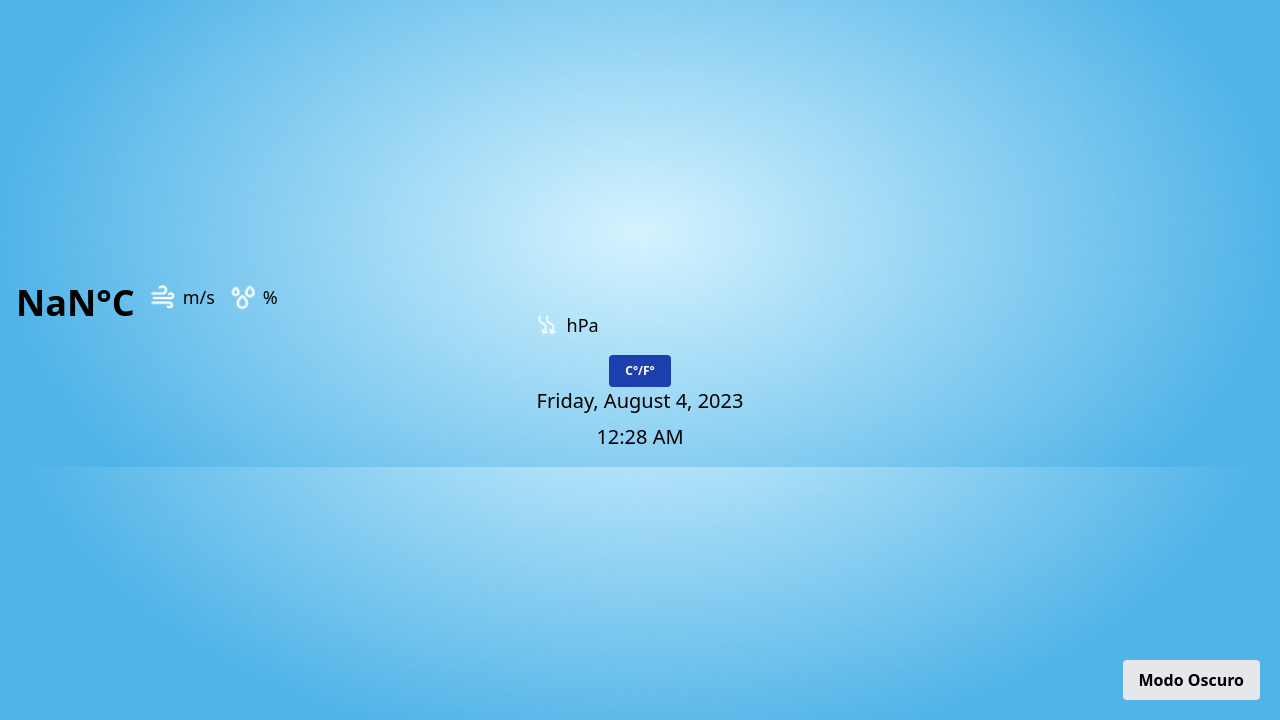
Repository: LukasMoyano/WeatherApp-_-LukasMoyano-_-V-_4.0_6.6.6
Page: /
The author's editor kept a copy of each file at every save. The page is drawn from the files as they stood at one save, then again after the next save.
The browser window is 1280 px wide. The pictures show the whole page.
The page's requests for data from a server got no answer. The project was rebuilt for these pictures with package versions that can differ from the ones it lists, and the page was loaded fresh each time. No one was signed in, and anything a server would have sent is missing. Also part of the build but not shown: vite.config.js.

Above is the page before, as saved 2023-08-06 21:45:23.

After the next save:
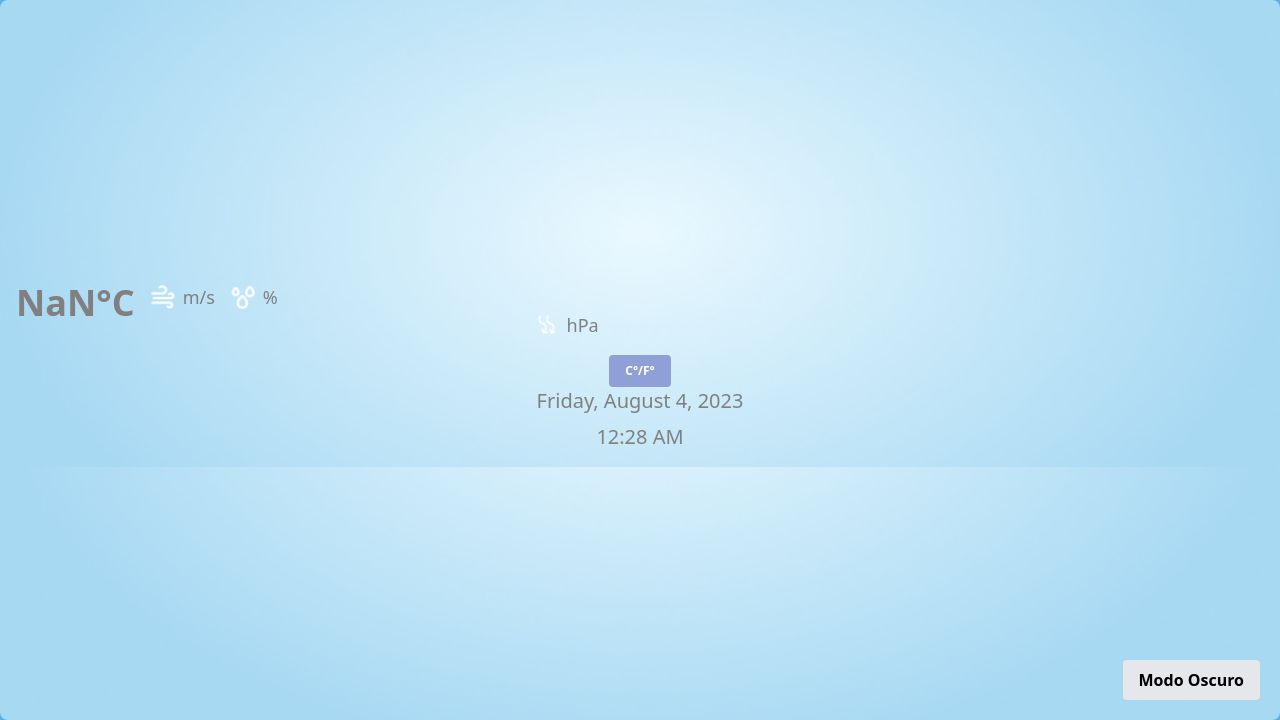
Saved 6 min 9 s later.
--- a/src/components/Weather.jsx
+++ b/src/components/Weather.jsx
@@ -50,8 +50,10 @@
         backgroundPosition: "center",
       }}
     >
-      <div className="relative w-337 h-231 flex-shrink-0">
+      <div className="relative w-320 flex-shrink-0">
       <h2 className="text-2xl font-bold mb-4">{weatherInfo?.name}</h2>
+      <h3 className="">{weatherInfo?.weather[0].description}</h3>
+
 
         <svg
           xmlns="http://www.w3.org/2000/svg"
@@ -69,6 +71,8 @@
 
       <div className="flex flex-col md:flex-row md:items-start mt-4">
       <span className="text-4xl font-bold">{convertTemperature(weatherInfo?.main.temp)}</span>
+      <div className="absolute inset-0 bg-white opacity-50 rounded-lg"></div>
+
             <div className="relative ml-4">
               {weatherInfo?.weather[0].icon ? (
                 <img
@@ -77,13 +81,11 @@
                   className="mx-auto h-24"
                 />
               ) : null}
-              <div className="absolute inset-0 bg-white opacity-50 rounded-lg"></div>
             </div>
 
 
         <div className="md:w-2/3 md:mr-4">
 
-          <h3 className="">{weatherInfo?.weather[0].description}</h3>
 
 
           <section className="grid grid-cols-3 gap-4 md:flex md:flex-row md:items-center">

After the save that followed:
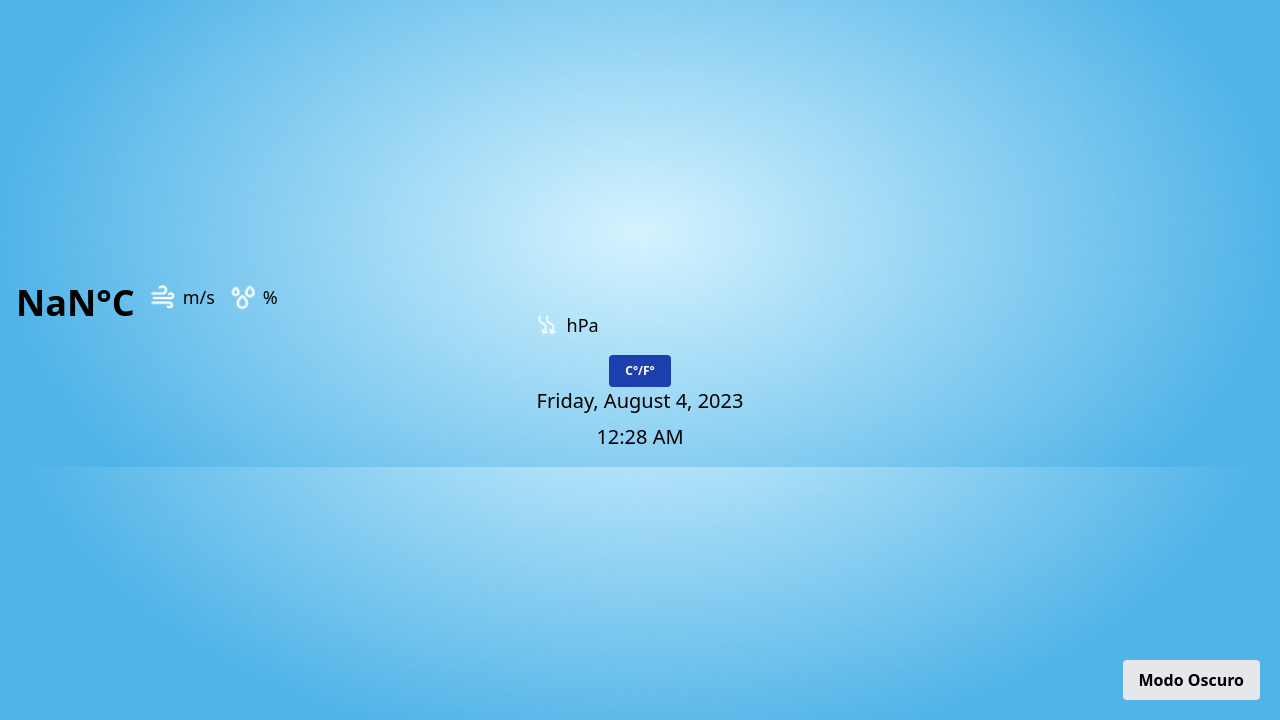
Saved 9 s later.
--- a/src/components/Weather.jsx
+++ b/src/components/Weather.jsx
@@ -71,8 +71,6 @@
 
       <div className="flex flex-col md:flex-row md:items-start mt-4">
       <span className="text-4xl font-bold">{convertTemperature(weatherInfo?.main.temp)}</span>
-      <div className="absolute inset-0 bg-white opacity-50 rounded-lg"></div>
-
             <div className="relative ml-4">
               {weatherInfo?.weather[0].icon ? (
                 <img
@@ -81,6 +79,7 @@
                   className="mx-auto h-24"
                 />
               ) : null}
+              <div className="absolute inset-0 bg-white opacity-50 rounded-lg"></div>
             </div>
 
 
